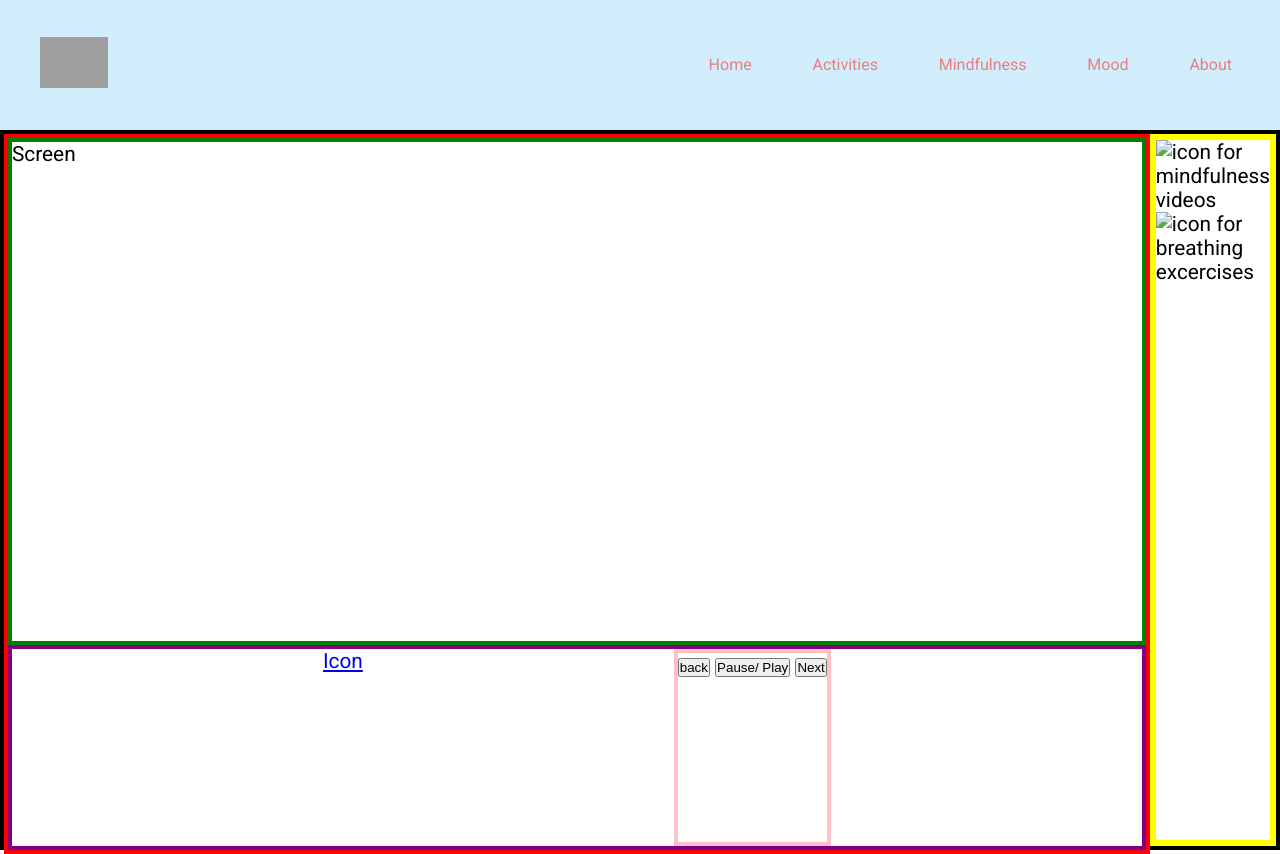
Repository: Nafisa-Huda/HealthierMind
Page: public/mindfulness.html
An editor plug-in stored every save of this project. The page is shown before and after a run of saves, followed by the edit.
The browser window is 1280 px wide. The pictures show the whole page.
Pictures or frames that could not be fetched are drawn as grey boxes. Some web fonts or font styles are not loaded; a fallback is used.

Above is the page before, as saved 2022-07-16 13:25:32.

After the next 2 saves:
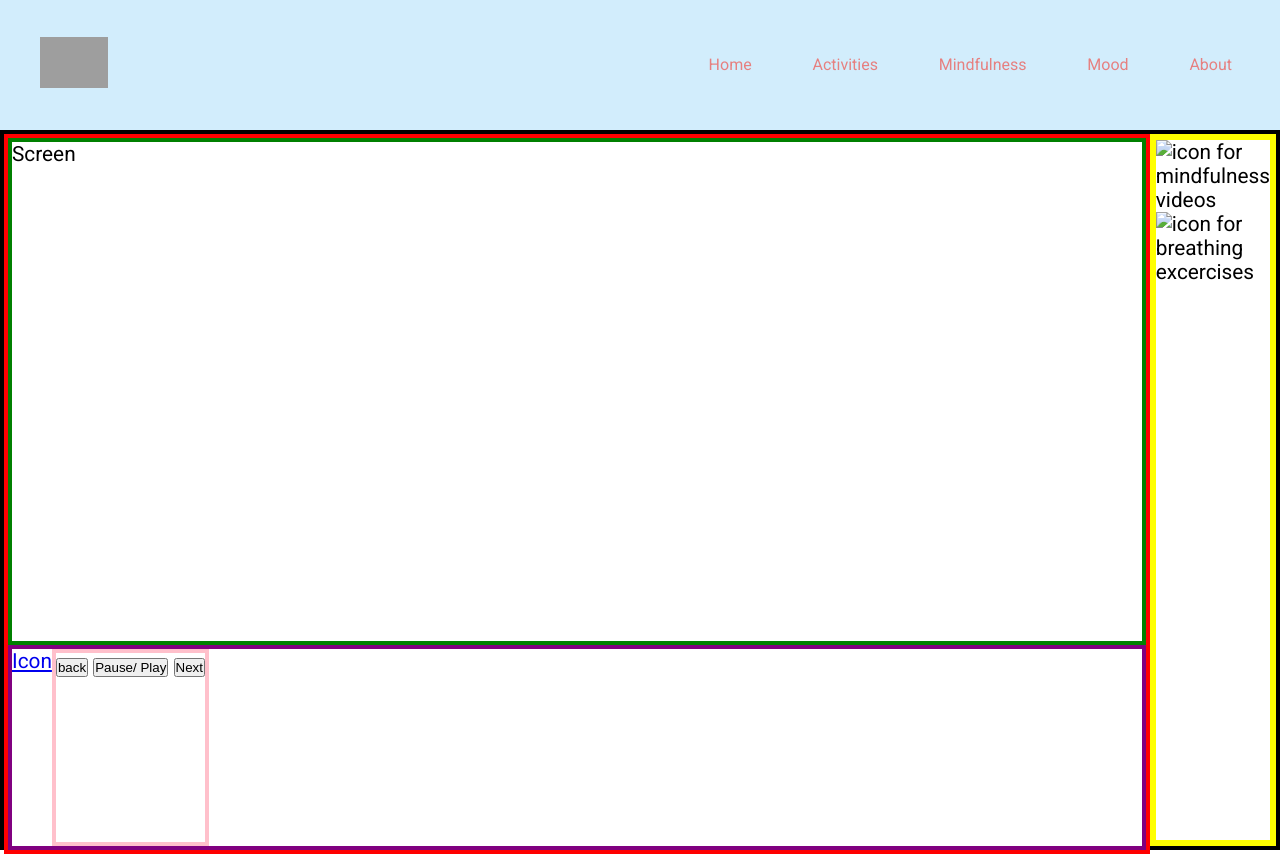
The 2 saves are shown as one change because they came seconds apart.
The last was saved 41 s later.
--- a/public/css/mindfulness.css
+++ b/public/css/mindfulness.css
@@ -156,7 +156,6 @@ header{
   width: 100%;
   height: 40%;
   display: flex;
-  justify-content: space-evenly;
 
 }
 .control__panel{
